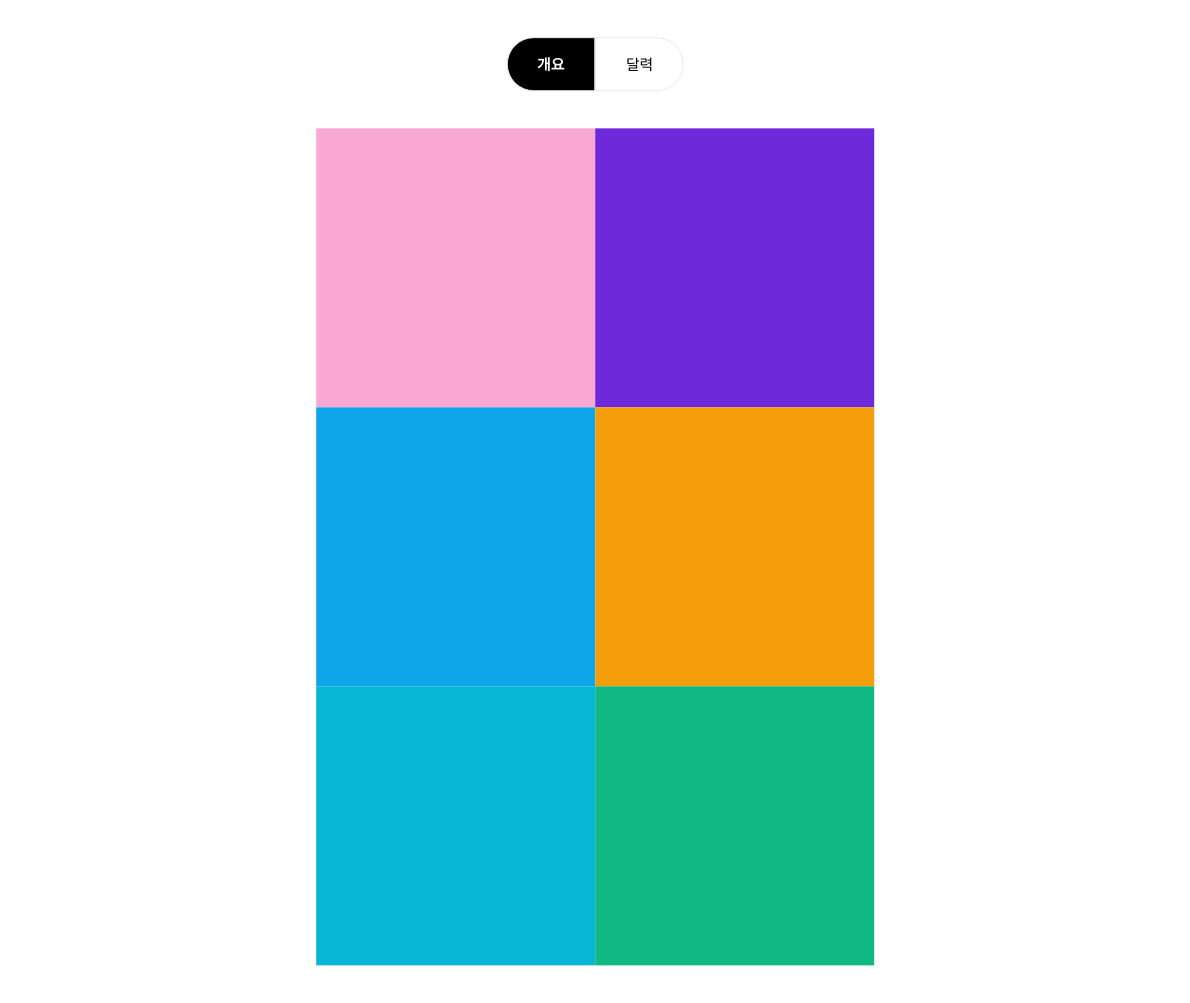
Repository: honey-punch/my-alcohol
Page: /
These files come from the project's save history. The page is drawn as it stood at one moment and after a run of saves; the edit follows.
The browser window is 1280 px wide. The pictures show the whole page, at 93% of full size.
The project was rebuilt for these pictures with package versions that can differ from the ones it lists, and the page was loaded fresh each time. The framework's server and built-in components were replaced by stand-ins that run in the browser. Also part of the build but not shown: next.config.ts, src/app/_component/Calendar.tsx.

Above is the page before, as saved 2025-02-10 15:44:31.

### src/app/page.tsx
"use client";

import { useState } from "react";
import Summary from "./_component/Summary";
import Calendar from "./_component/Calendar";

type ViewType = "summary" | "calendar";

export default function Home() {
  // useState
  const [viewType, setViewType] = useState<ViewType>("summary");

  // functions
  function handleChangeViewType() {
    if (viewType === "summary") {
      setViewType("calendar");
    } else {
      setViewType("summary");
    }
  }

  return (
    <div className="w-full flex flex-col items-center p-10 gap-10">
      <div onClick={handleChangeViewType} className="flex">
        <button
          className={`${
            viewType === "summary"
              ? "bg-black text-white font-black"
              : "hover:bg-black/20"
          } rounded-s-full border px-8 py-4 transition-colors`}
        >
          개요
        </button>
        <button
          className={`${
            viewType === "calendar"
              ? "bg-black text-white font-black"
              : "hover:bg-black/20"
          } rounded-e-full border px-8 py-4 transition-colors`}
        >
          달력
        </button>
      </div>
      {viewType === "summary" ? <Summary /> : <Calendar />}
    </div>
  );
}

### src/app/_component/Summary.tsx
const BOX_SIZE = 300;

export default function Summary() {
  const today = new Date();

  // TODO - DB에서 받아온 술마신 날들 중 가장 마지막 날
  const lastDay = new Date("2025-02-08T22:00:00");

  function getTimeDiff() {
    const diffMs = Math.abs(today.getTime() - lastDay.getTime());
    const hours = Math.floor(diffMs / (1000 * 60 * 60));
    const minutes = Math.floor((diffMs % (1000 * 60 * 60)) / (1000 * 60));

    return `${hours}시간 ${minutes}분`;
  }

  function getDayDiff() {
    const diffMs = Math.abs(today.getTime() - lastDay.getTime());
    const days = Math.floor(diffMs / (1000 * 60 * 60 * 24));

    return `${days}일 `;
  }

  console.log(getTimeDiff());
  console.log(getDayDiff());

  return (
    <div className="grid grid-cols-2">
      <div
        style={{ width: `${BOX_SIZE}px`, height: BOX_SIZE }}
        className="bg-pink-300"
      ></div>
      <div
        style={{ width: `${BOX_SIZE}px`, height: BOX_SIZE }}
        className="bg-violet-700"
      ></div>
      <div
        style={{ width: `${BOX_SIZE}px`, height: BOX_SIZE }}
        className="bg-sky-500"
      ></div>
      <div
        style={{ width: `${BOX_SIZE}px`, height: BOX_SIZE }}
        className="bg-amber-500"
      ></div>
      <div
        style={{ width: `${BOX_SIZE}px`, height: BOX_SIZE }}
        className="bg-cyan-500"
      ></div>
      <div
        style={{ width: `${BOX_SIZE}px`, height: BOX_SIZE }}
        className="bg-emerald-500"
      ></div>
    </div>
  );
}

Loaded but not shown: src/app/layout.tsx (common file); src/app/globals.css (common file); tailwind.config.ts (common file)

After the next 2 saves:
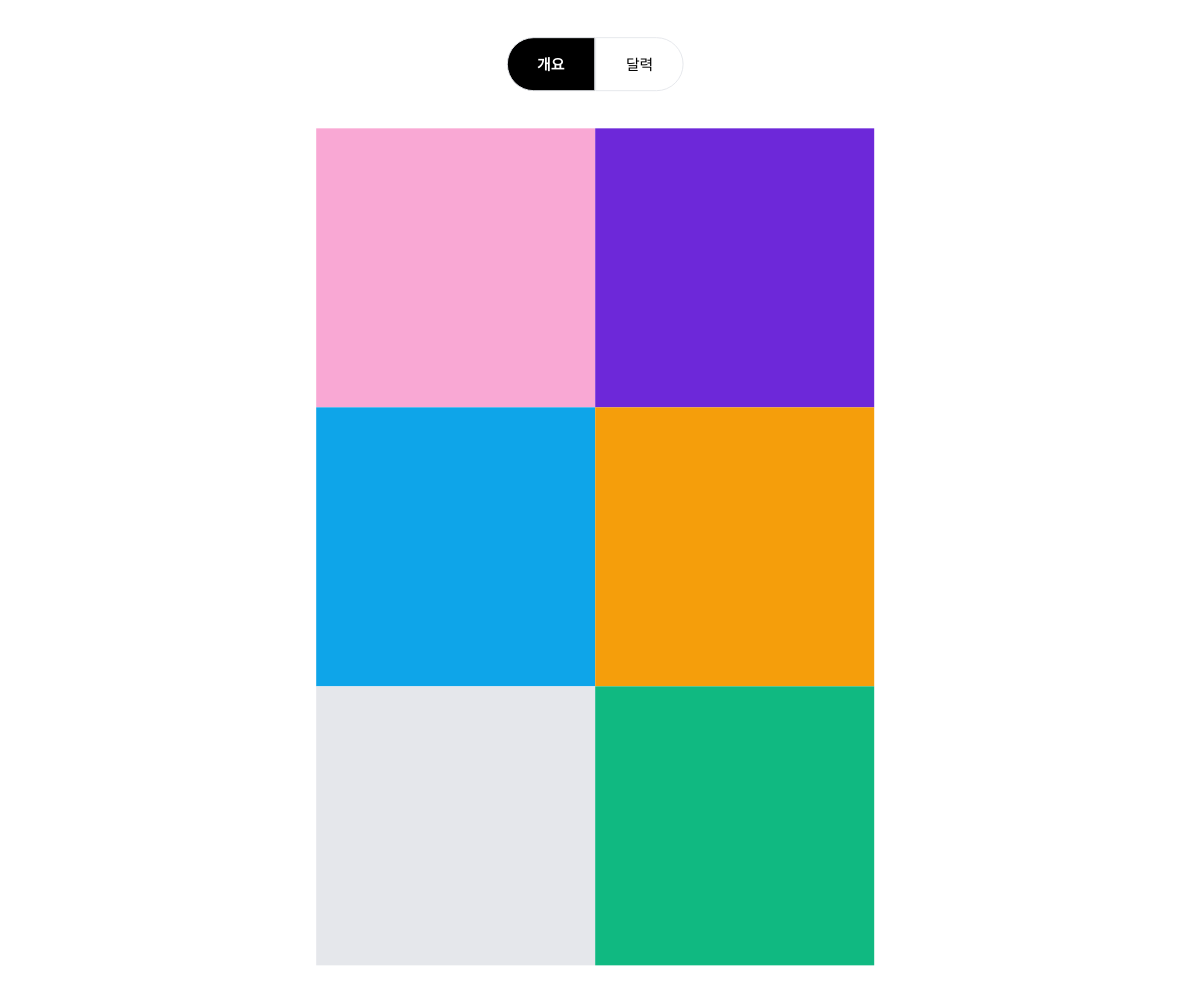
The 2 saves are shown as one change because they came seconds apart.
The last was saved 16 s later.
--- a/src/app/_component/Summary.tsx
+++ b/src/app/_component/Summary.tsx
@@ -44,7 +44,7 @@ export default function Summary() {
       ></div>
       <div
         style={{ width: `${BOX_SIZE}px`, height: BOX_SIZE }}
-        className="bg-cyan-500"
+        className="bg-gray-200"
       ></div>
       <div
         style={{ width: `${BOX_SIZE}px`, height: BOX_SIZE }}
